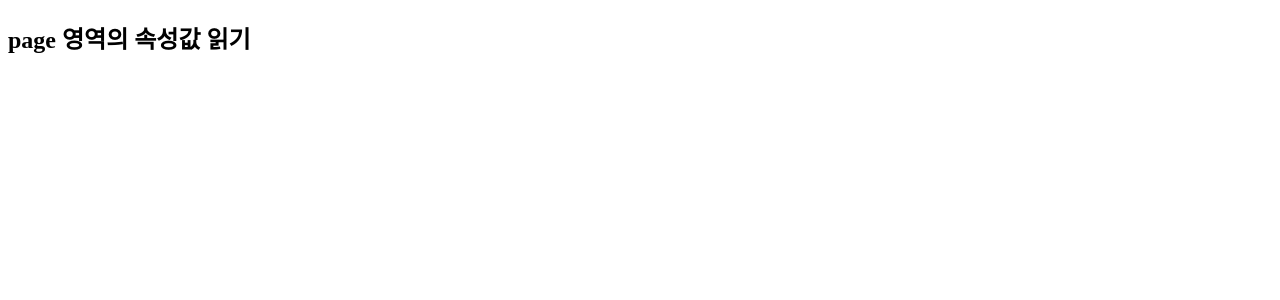
Repository: jungwoonAn/jsp_basic
Page: http://localhost/MustHaveJSP/03_Scope/PageContextMain.jsp
The author's editor kept a copy of each file at every save. The page is drawn from the files as they stood at one save, then again after the next save.
The browser window is 1280 px wide. The pictures show the whole page.
The page is served by Tomcat 10.

Above is the page before, as saved 2024-10-17 07:04:24.

After the next save:
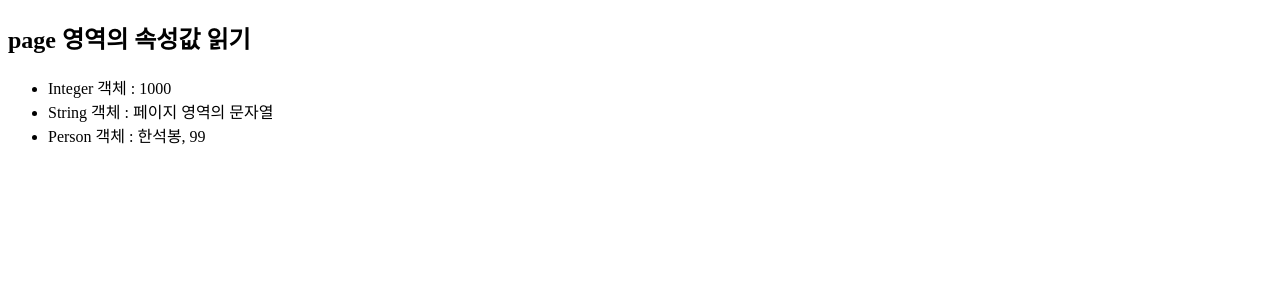
Saved 68 s later.
--- a/MustHaveJSP/src/main/webapp/03_Scope/PageContextMain.jsp
+++ b/MustHaveJSP/src/main/webapp/03_Scope/PageContextMain.jsp
@@ -18,8 +18,12 @@ pageContext.setAttribute("pagePerson", new Person("한석봉", 99));
 	int pInteger = (Integer)pageContext.getAttribute("pageInteger");
 	String pString = pageContext.getAttribute("pageString").toString();
 	Person pPerson = (Person)pageContext.getAttribute("pagePerson");
-
 	%>
+	<ul>
+		<li>Integer 객체 : <%= pInteger %></li>
+		<li>String 객체 : <%= pString %></li>
+		<li>Person 객체 : <%= pPerson.getName() %>, <%= pPerson.getAge() %></li>
+	</ul>
 
 </body>
 </html>
